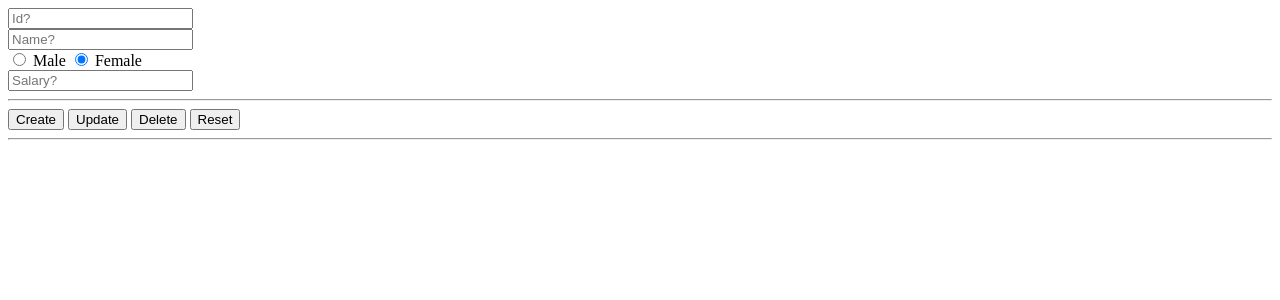
Repository: HoangTrung2004/JAVA4
Page: Lab7/src/main/webapp/views/employee.html
The author's editor kept a copy of each file at every save. The page is drawn from the files as they stood at one save, then again after the next save.
The browser window is 1280 px wide. The pictures show the whole page.

Above is the page before, as saved 2025-07-21 09:49:06.

### Lab7/src/main/webapp/views/employee.html
<!DOCTYPE html>
<html>
<head>
<meta charset="UTF-8">
<title>Danh sách </title>
</head>
<body>

	<div>
	<input id="id" placeholder="Id?"> <br>
	<input id="name" placeholder="Name?"> <br>
	<input type="radio" id="male" name= "gender" checked> Male
	<input type="radio" id="female" name= "gender" checked> Female <br>
	<input id="salary" placeholder="Salary?"> <br>

	<hr>

	<button onclick="ctr.create()" >Create</button>
	<button onclick="ctr.update()" >Update</button>
	<button onclick="ctr.delete()" >Delete</button>
	<button onclick="ctr.reset()" >Reset</button>

	<hr>

	<table bode="1" style="width: 100px"></table>
	</div>
</body>
</html>

After the next save:
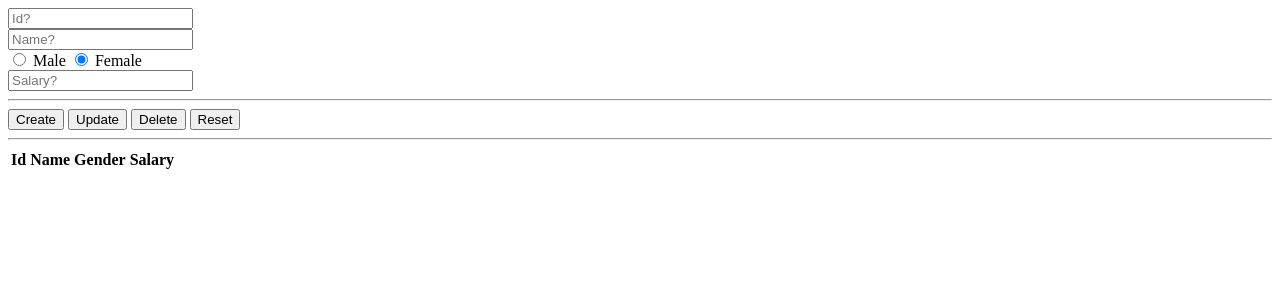
Saved 3 min 25 s later.
--- a/Lab7/src/main/webapp/views/employee.html
+++ b/Lab7/src/main/webapp/views/employee.html
@@ -7,12 +7,12 @@
 <body>
 
 	<div>
-	<input id="id" placeholder="Id?"> <br>
-	<input id="name" placeholder="Name?"> <br>
-	<input type="radio" id="male" name= "gender" checked> Male
-	<input type="radio" id="female" name= "gender" checked> Female <br>
-	<input id="salary" placeholder="Salary?"> <br>
-
+		<input id="id" placeholder="Id?"> <br>
+		<input id="name" placeholder="Name?"> <br>
+		<input type="radio" id="male" name= "gender" checked> Male
+		<input type="radio" id="female" name= "gender" checked> Female <br>
+		<input id="salary" placeholder="Salary?"> <br>
+	</div>
 	<hr>
 
 	<button onclick="ctr.create()" >Create</button>
@@ -22,7 +22,20 @@
 
 	<hr>
 
-	<table bode="1" style="width: 100px"></table>
-	</div>
+	<table bode="1" style="width: 100px">
+		<thead>
+			<tr>
+				<th>Id</th>
+				<th>Name</th>
+				<th>Gender</th>
+				<th>Salary</th>
+				<th></th>
+			</tr>
+		</thead>
+
+		<tbody id="list"></tbody>
+
+	</table>
+
 </body>
 </html>
